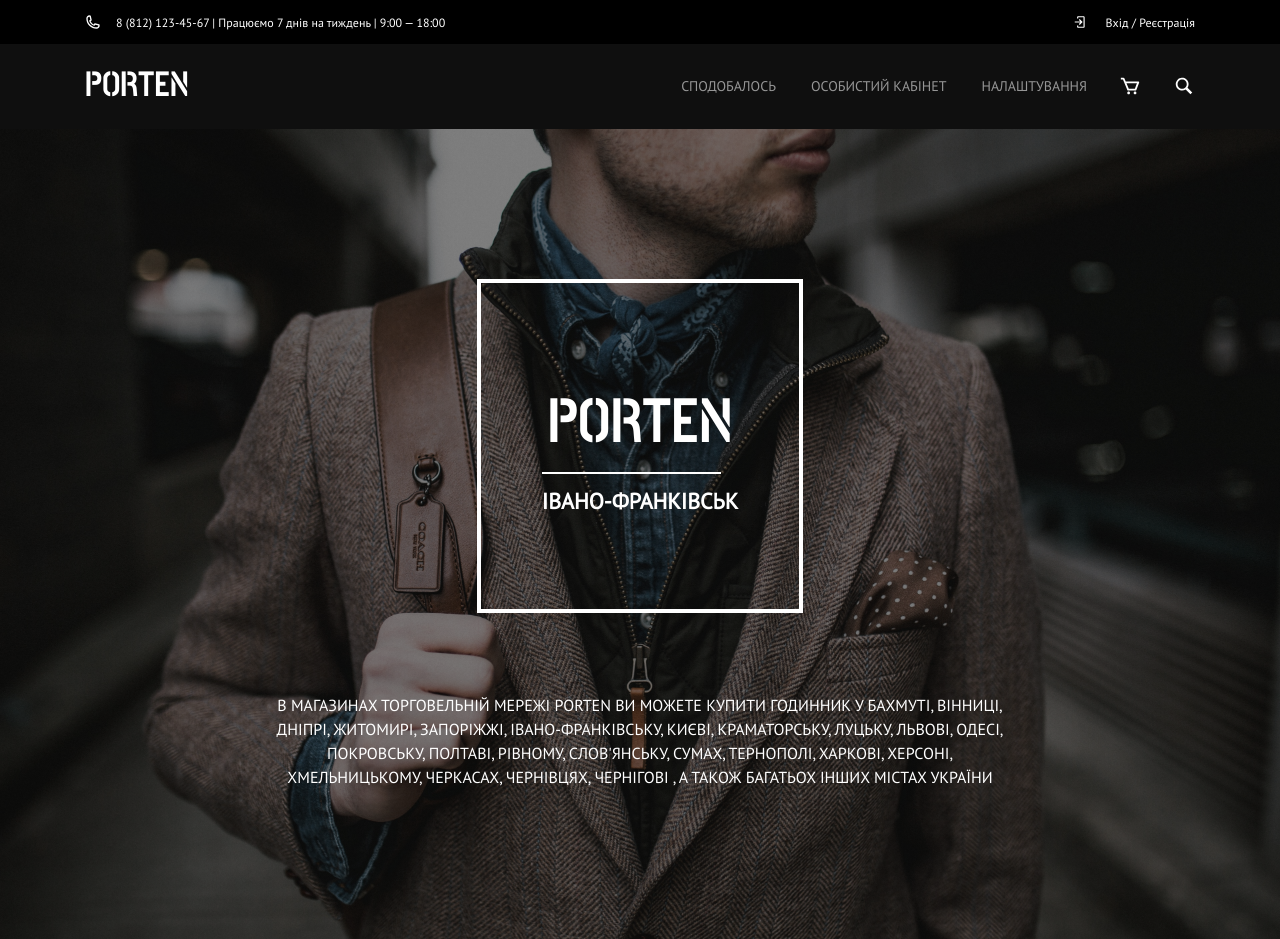
Repository: KYUUBI-K/porten
Page: index.html
The author's editor kept a copy of each file at every save. The page is drawn from the files as they stood at one save, then again after the next save.
The browser window is 1280 px wide. The pictures show the whole page.

Above is the page before, as saved 2025-09-09 21:38:06.

### index.html
<!DOCTYPE html>
<html lang="en">
  <head>
    <meta charset="UTF-8" />
    <meta name="viewport" content="width=device-width, initial-scale=1.0" />
    <title>Cappadocia</title>
    <link rel="stylesheet" href="./styles.css" />
    <script defer src="./index.js"></script>
  </head>
  <body>
    <header class="header">
      <div class="top-line">
        <div class="wrapper">
          <div class="top-line-content">
            <div class="info">
              <svg
                width="16"
                height="16"
                viewBox="0 0 16 16"
                fill="none"
                xmlns="http://www.w3.org/2000/svg"
              >
                <path
                  d="M11.6 14.6667C8.87817 14.6631 6.26886 13.5803 4.34425 11.6557C2.41964 9.73112 1.33684 7.1218 1.33331 4.39999C1.33331 3.58666 1.65641 2.80665 2.23152 2.23153C2.80663 1.65642 3.58665 1.33333 4.39998 1.33333C4.57221 1.33202 4.74415 1.34765 4.91331 1.37999C5.07685 1.4042 5.23762 1.44439 5.39331 1.49999C5.50281 1.53841 5.60039 1.60475 5.67639 1.69244C5.75239 1.78014 5.80418 1.88615 5.82665 1.99999L6.73998 5.99999C6.7646 6.10857 6.76163 6.22158 6.73136 6.32872C6.70108 6.43585 6.64445 6.5337 6.56665 6.61333C6.47998 6.70666 6.47331 6.71333 5.65331 7.13999C6.30998 8.58057 7.46211 9.73743 8.89998 10.4C9.33331 9.57333 9.33998 9.56666 9.43331 9.47999C9.51294 9.40219 9.61079 9.34556 9.71792 9.31528C9.82506 9.28501 9.93807 9.28204 10.0466 9.30666L14.0466 10.22C14.1568 10.2456 14.2587 10.2988 14.3427 10.3746C14.4267 10.4504 14.49 10.5463 14.5266 10.6533C14.5829 10.8116 14.6253 10.9744 14.6533 11.14C14.6801 11.3075 14.6935 11.477 14.6933 11.6467C14.681 12.4565 14.3488 13.2286 13.7693 13.7944C13.1897 14.3602 12.4099 14.6738 11.6 14.6667V14.6667ZM4.39998 2.66666C3.94081 2.66842 3.50095 2.8516 3.17627 3.17628C2.85158 3.50097 2.6684 3.94083 2.66665 4.39999C2.66841 6.76872 3.61017 9.03992 5.28511 10.7149C6.96005 12.3898 9.23125 13.3316 11.6 13.3333C12.0591 13.3316 12.499 13.1484 12.8237 12.8237C13.1484 12.499 13.3316 12.0592 13.3333 11.6V11.38L10.24 10.6667L10.0466 11.0333C9.74665 11.6133 9.52665 12.0333 8.96665 11.8067C7.8619 11.4112 6.85911 10.7747 6.03114 9.94325C5.20316 9.11181 4.57079 8.10638 4.17998 6.99999C3.93998 6.47999 4.39331 6.23999 4.96665 5.93999L5.33331 5.75999L4.61998 2.66666H4.39998Z"
                  fill="white"
                />
              </svg>
              8 (812) 123-45-67 | Працюємо 7 днів на тиждень | 9:00 — 18:00
            </div>
            <div class="login">
              <svg
                width="14"
                height="14"
                viewBox="0 0 14 14"
                fill="none"
                xmlns="http://www.w3.org/2000/svg"
              >
                <path
                  d="M5.25001 1.16675H10.5C11.1417 1.16675 11.6667 1.69175 11.6667 2.33341V11.6667C11.6667 12.3084 11.1417 12.8334 10.5 12.8334H5.25001C4.60834 12.8334 4.08334 12.3084 4.08334 11.6667V10.5001H5.25001V11.6667H10.5V2.33341H5.25001V3.50008H4.08334V2.33341C4.08334 1.69175 4.60834 1.16675 5.25001 1.16675Z"
                  fill="white"
                />
                <path
                  d="M5.88583 9.09409L6.70833 9.91659L9.625 6.99992L6.70833 4.08325L5.88583 4.90575L7.39083 6.41659H1.75V7.58325H7.39083L5.88583 9.09409Z"
                  fill="white"
                />
              </svg>
              Вхід / Реєстрація
            </div>
          </div>
        </div>
      </div>
      <div class="bot-line">
        <div class="wrapper">
          <div class="bot-line-content">
            <div class="header-logo">PORTEN</div>
            <nav class="header-menu">
              <ul class="header-menu-list">
                <li class="header-menu-item">
                  <a class="header-menu-link" href="#liked">cподобалось</a>
                </li>
                <li class="header-menu-item">
                  <a class="header-menu-link" href="#office"
                    >Особистий кабінет</a
                  >
                </li>
                <li class="header-menu-item">
                  <a class="header-menu-link" href="#settings">налаштування</a>
                </li>
              </ul>
              <svg
                width="22"
                height="22"
                viewBox="0 0 22 22"
                fill="none"
                xmlns="http://www.w3.org/2000/svg"
              >
                <path
                  d="M20.0035 6.81175C19.9192 6.6899 19.8066 6.59031 19.6754 6.5215C19.5441 6.45269 19.3982 6.41672 19.25 6.41667H6.72193L5.66409 3.8775C5.52539 3.54312 5.29052 3.25746 4.98927 3.05673C4.68801 2.856 4.33393 2.74925 3.97193 2.75H1.83334V4.58334H3.97193L8.32059 15.0196C8.39025 15.1866 8.50775 15.3292 8.65831 15.4295C8.80887 15.5298 8.98575 15.5834 9.16668 15.5833H16.5C16.8823 15.5833 17.2242 15.3459 17.3589 14.9893L20.1089 7.656C20.1609 7.51724 20.1785 7.36794 20.1601 7.22091C20.1417 7.07387 20.088 6.93348 20.0035 6.81175ZM15.8648 13.75H9.77809L7.48643 8.25H17.9273L15.8648 13.75Z"
                  fill="white"
                />
                <path
                  d="M9.625 19.25C10.3844 19.25 11 18.6344 11 17.875C11 17.1156 10.3844 16.5 9.625 16.5C8.86561 16.5 8.25 17.1156 8.25 17.875C8.25 18.6344 8.86561 19.25 9.625 19.25Z"
                  fill="white"
                />
                <path
                  d="M16.0417 19.25C16.8011 19.25 17.4167 18.6344 17.4167 17.875C17.4167 17.1156 16.8011 16.5 16.0417 16.5C15.2823 16.5 14.6667 17.1156 14.6667 17.875C14.6667 18.6344 15.2823 19.25 16.0417 19.25Z"
                  fill="white"
                />
              </svg>
              <svg
                width="22"
                height="22"
                viewBox="0 0 22 22"
                fill="none"
                xmlns="http://www.w3.org/2000/svg"
              >
                <path
                  d="M19.25 17.4167L14.5255 12.6922C15.3989 11.3648 15.7488 9.76053 15.5073 8.18999C15.2658 6.61945 14.4501 5.19437 13.2182 4.19068C11.9864 3.18698 10.4259 2.67606 8.83895 2.75684C7.252 2.83762 5.75147 3.50434 4.62788 4.62794C3.50428 5.75153 2.83755 7.25206 2.75678 8.83901C2.676 10.426 3.18692 11.9864 4.19061 13.2183C5.19431 14.4502 6.61939 15.2658 8.18993 15.5073C9.76047 15.7488 11.3648 15.399 12.6922 14.5256L17.4167 19.2501L19.25 17.4167ZM4.58335 9.16675C4.58335 6.6395 6.63944 4.58341 9.16669 4.58341C11.6939 4.58341 13.75 6.6395 13.75 9.16675C13.75 11.694 11.6939 13.7501 9.16669 13.7501C6.63944 13.7501 4.58335 11.694 4.58335 9.16675Z"
                  fill="white"
                />
              </svg>
            </nav>
          </div>
        </div>
      </div>
    </header>
    <section class="banner">
      <div class="banner-logo">
        <h1 class="banner-title">PORTEN</h1>
        <h2 class="banner-subtitle">івано-франківськ</h2>
      </div>
      <div class="banner-info">
        В магазинах Торговельній мережі Porten ви можете купити годинник у
        Бахмуті, Вінниці, Дніпрі, Житомирі, Запоріжжі, Івано-Франківську, Києві,
        Краматорську, Луцьку, Львові, Одесі, Покровську, Полтаві, Рівному,
        Слов'янську, Сумах, Тернополі, Харкові, Херсоні, Хмельницькому,
        Черкасах, Чернівцях, Чернігові , а також багатьох інших містах України
      </div>
    </section>
  </body>
</html>

### styles.css
@font-face {
  font-family: "PT Sans";
  src: url("./fonts/PTSans-Regular.woff2") format("woff2");
  font-weight: 400;
  font-style: normal;
  font-display: swap;
}

@font-face {
  font-family: "Playfair Display";
  src: url("./fonts/PlayfairDisplay-Regular.woff2") format("woff2");
  font-weight: 400;
  font-style: normal;
  font-display: swap;
}

@font-face {
  font-family: "Playfair Display";
  src: url("./fonts/PlayfairDisplay-Bold.woff2") format("woff2");
  font-weight: 700;
  font-style: normal;
  font-display: swap;
}

@font-face {
  font-family: "Post No Bills Jaffna";
  src: url("./fonts/PostNoBillsJaffna-Bold.woff2") format("woff2");
  font-weight: 700;
  font-style: normal;
  font-display: swap;
}

html {
  box-sizing: border-box;
}
*,
*::before,
*::after {
  box-sizing: inherit;
  margin: 0;
  padding: 0;
}

:root {
  --color-dark: #000000;
  --color-light-dark: #0f0f0f;
  --color-white: #ffffff;
  --light-gray: #d0d0d0;
  --color-gray: #969696;

  --border: 1px solid var(--color-white);

  --font-family-base: "PT Sans", sans-serif;
  --font-family-accent: "Playfair Display", sans-serif;
  --font-family-logo: "Post No Bills Jaffna", sans-serif;

  --input-height: 47px;
}

body {
  font-size: 14px;
  font-family: var(--font-family-base);
  background-color: var(--color-dark);
  color: var(--color-white);
}

li {
  list-style: none;
}
a {
  text-decoration: none;
  color: inherit;
}
.wrapper {
  margin: 0 auto;
  max-width: 1110px;
}

.top-line-content {
  font-family: var(--font-family-base);
  font-size: 12px;
  display: flex;
  justify-content: space-between;
  padding: 14px 0px;
}
.info {
  display: flex;
  align-items: center;
  column-gap: 15px;
}

.login {
  display: flex;
  align-items: center;
  column-gap: 19px;
}

.bot-line {
  background-color: var(--color-light-dark);
}

.bot-line-content {
  display: flex;
  justify-content: space-between;
  padding: 15px 0 16px 0;
}

.header-menu {
  font-family: var(--font-family-base);
  font-size: 14px;
  color: var(--color-gray);
  display: flex;
  justify-content: space-between;
  gap: 32px;
  align-items: center;
}
.header-menu-list {
  display: flex;
  text-transform: uppercase;
  gap: 35px;
}
.header-logo {
  font-family: var(--font-family-logo);
  font-size: 36px;
}

.banner {
  position: relative;
  display: flex;
  flex-direction: column;
  justify-content: center;
  align-items: center;
  text-align: center;
  text-transform: uppercase;
  min-height: 810px;
  background: linear-gradient(
      0deg,
      rgba(15, 15, 15, 0.5) 0%,
      rgba(15, 15, 15, 0.5) 100%
    ),
    url(/images/Rectangle\ 3.png) lightgray 50% / cover no-repeat;
}
.banner-logo {
  margin-bottom: 80px;
  border: 4px solid #fff;
  padding: 93px 61px 94px 61px;
}
.banner-title {
  font-family: var(--font-family-logo);
  font-size: 64px;
  font-weight: 700;
  position: relative;
  padding-bottom: 15px;
}
.banner-title::after {
  content: "";
  display: block;
  width: 179px;
  height: 2px;
  background: white;
  /* margin: 0 auto; */
  position: absolute;
  /* bottom: 0; */
  /* left: 50%; */
  /* transform: translateX(-50%); */
}

.banner-subtitle {
  font-family: var(--font-family-base);
  font-size: 22px;
}

.banner-info {
  font-family: var(--font-family-base);
  font-size: 16px;
  font-style: normal;
  font-weight: 400;
  line-height: 150%;
  max-width: 730px;
}
.line {
  display: block; /* не inline */
  width: 180px;
  height: 2px;
  margin: 14px auto 10px; /* центрує по горизонталі */
}

### index.js
document.addEventListener("DOMContentLoaded", () => {
  const sliders = document.querySelectorAll(".route-slider, .about-slider");

  sliders.forEach((slider) => {
    const slidesContainer = slider.querySelector(".slides");
    const slides = slider.querySelectorAll(".slide");
    const prevBtn = slider.querySelector(".prev");
    const nextBtn = slider.querySelector(".next");

    let currentIndex = 0;

    function updateSlide() {
      slidesContainer.style.transform = `translateX(-${currentIndex * 100}%)`;
    }

    nextBtn.addEventListener("click", () => {
      currentIndex++;
      if (currentIndex >= slides.length) {
        currentIndex = 0;
      }
      updateSlide();
    });

    prevBtn.addEventListener("click", () => {
      currentIndex--;
      if (currentIndex < 0) {
        currentIndex = slides.length - 1;
      }
      updateSlide();
    });
  });
});

After the next save:
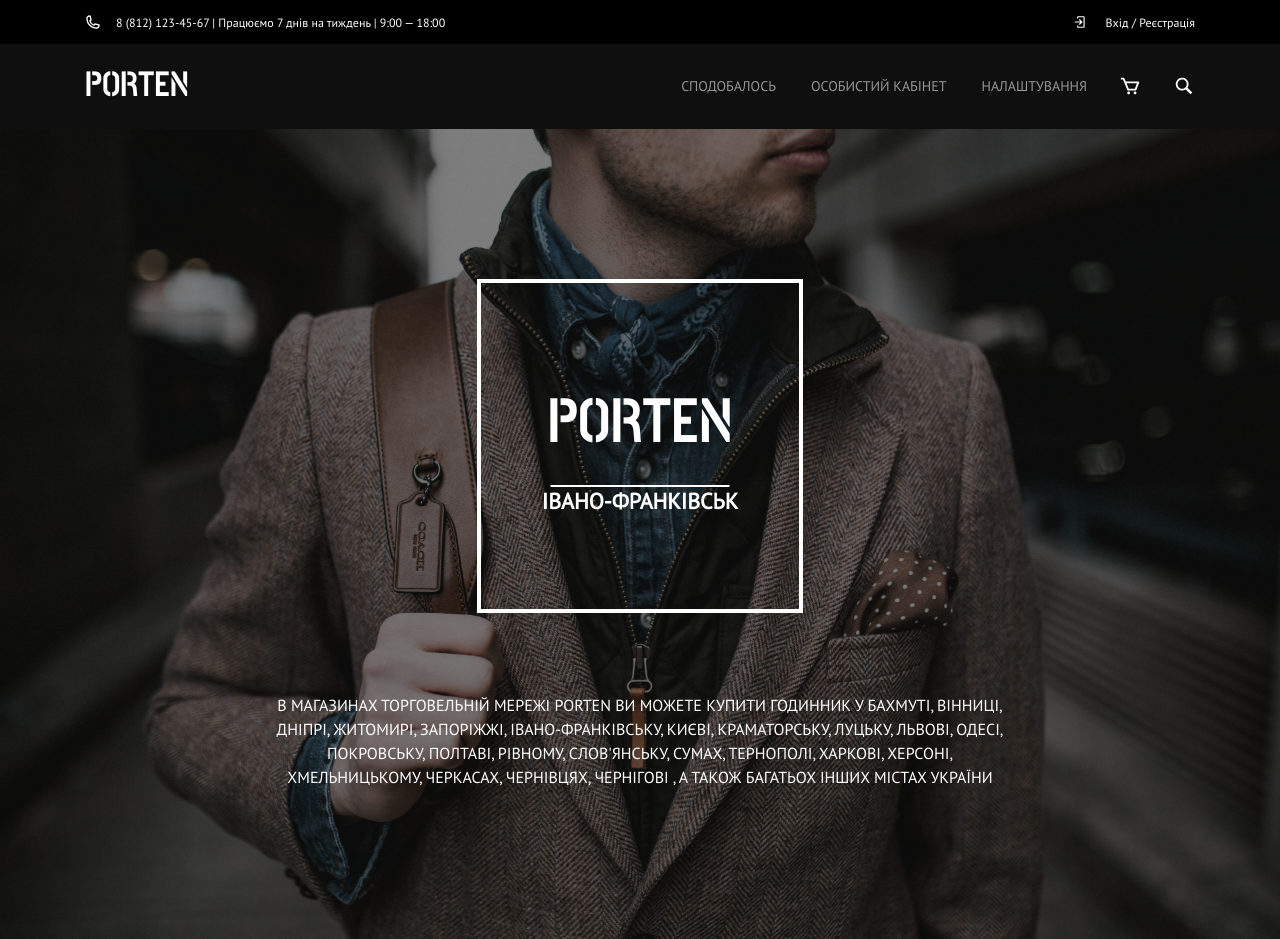
Saved 17 s later.
--- a/styles.css
+++ b/styles.css
@@ -158,11 +158,11 @@
   width: 179px;
   height: 2px;
   background: white;
-  /* margin: 0 auto; */
+  margin: 0 auto;
   position: absolute;
-  /* bottom: 0; */
-  /* left: 50%; */
-  /* transform: translateX(-50%); */
+  bottom: 0;
+  left: 50%;
+  transform: translateX(-50%);
 }
 
 .banner-subtitle {
